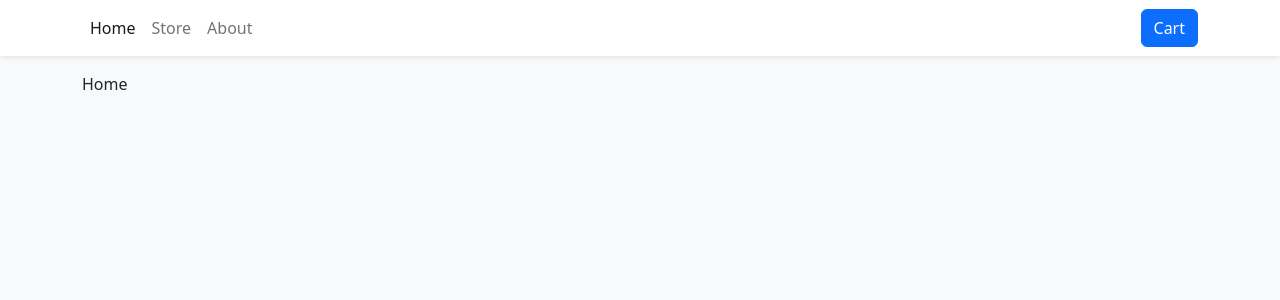
Repository: MoNasr2022/shopping-cart
Page: /
These files come from the project's save history. The page is drawn as it stood at one moment and after the next save; the edit follows.
The browser window is 1280 px wide. The pictures show the whole page.
The project was rebuilt for these pictures with package versions that can differ from the ones it lists, and the page was loaded fresh each time. Also part of the build but not shown: vite.config.ts, src/pages/Store.tsx, src/pages/About.tsx.

Above is the page before, as saved 2023-04-17 01:29:14.

### index.html
<!DOCTYPE html>
<html lang="en">
  <head>
    <meta charset="UTF-8" />
    <link rel="icon" type="image/svg+xml" href="/vite.svg" />
    <meta name="viewport" content="width=device-width, initial-scale=1.0" />
    <title>Nasr Shopping Cart</title>
  </head>
  <body class="bg-light">
    <div id="root"></div>
    <script type="module" src="/src/main.tsx"></script>
  </body>
</html>

### src/App.tsx
import { Routes, Route } from "react-router-dom";
import { Container } from "react-bootstrap";
import Home from "./pages/Home";
import Store from "./pages/Store";
import About from "./pages/About";
import Navbar from "./components/Navbar";

function App() {
  return (
    <>
      <Navbar />
      <Container className="mb-4">
        <Routes>
          <Route path="/" element={<Home />} />
          <Route path="/store" element={<Store />} />
          <Route path="/about" element={<About />} />
        </Routes>
      </Container>
    </>
  );
}

export default App;

### src/pages/Home.tsx


export default function Home () {
  return (
    <div>Home</div>
  )
}

### src/components/Navbar.tsx
import { Navbar as NavbarB } from "react-bootstrap";
import { Container, Nav, Button } from "react-bootstrap";
import { NavLink } from "react-router-dom";



export default function Navbar() {
  return (
    <NavbarB className="bg-white shadow-sm mb-3">
          <Container >
              <Nav className="me-auto">
                  <Nav.Link as={NavLink} to="/" > Home</Nav.Link>
                  <Nav.Link as={NavLink} to="/store" > Store</Nav.Link>
                  <Nav.Link as={NavLink} to="/about" > About</Nav.Link>

              </Nav>
              <Button className="btn btn-primary">Cart</Button>
      </Container>
    </NavbarB>
  );
}

Loaded but not shown: src/main.tsx (common file)

After the next save:
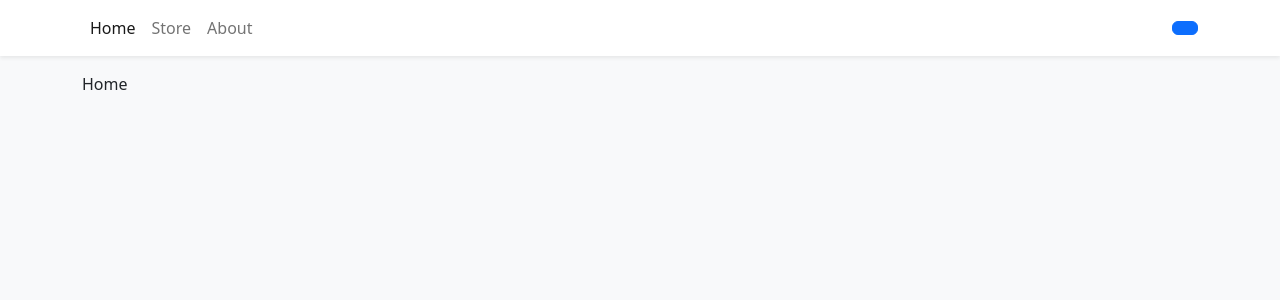
Saved 38 s later.
--- a/src/components/Navbar.tsx
+++ b/src/components/Navbar.tsx
@@ -14,7 +14,9 @@ export default function Navbar() {
                   <Nav.Link as={NavLink} to="/about" > About</Nav.Link>
 
               </Nav>
-              <Button className="btn btn-primary">Cart</Button>
+              <Button className="btn btn-primary">
+
+              </Button>
       </Container>
     </NavbarB>
   );
